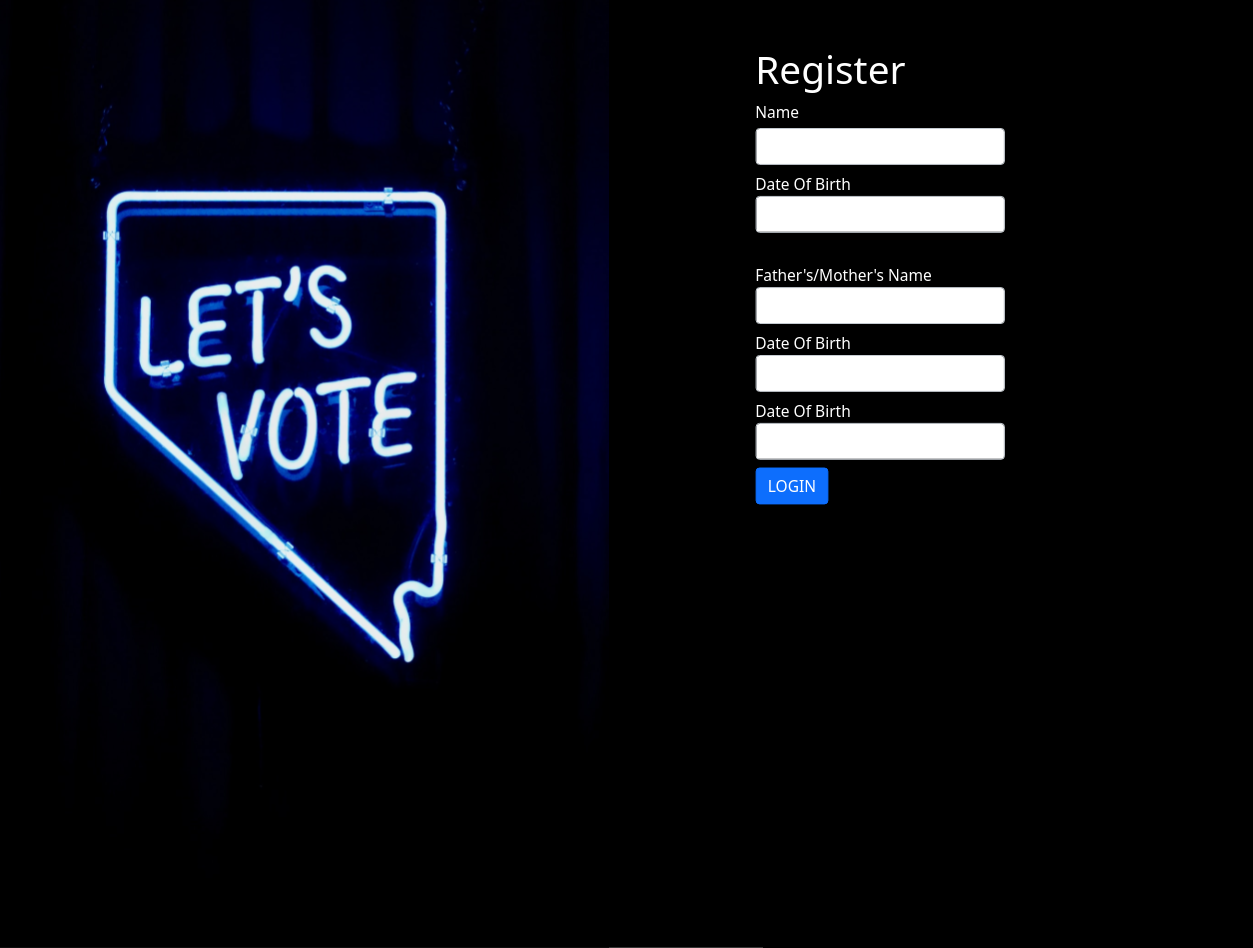
Repository: DavidManiIbrahim/Voting-app
Page: Register.html
The author's editor kept a copy of each file at every save. The page is drawn from the files as they stood at one save, then again after a run of saves.
The browser window is 1280 px wide. The page is 1292 px wide, so the pictures cover 1292 px, including what lies to the right of the window. The pictures show the whole page, at 97% of full size.

Above is the page before, as saved 2025-01-18 07:51:25.

After the next 2 saves:
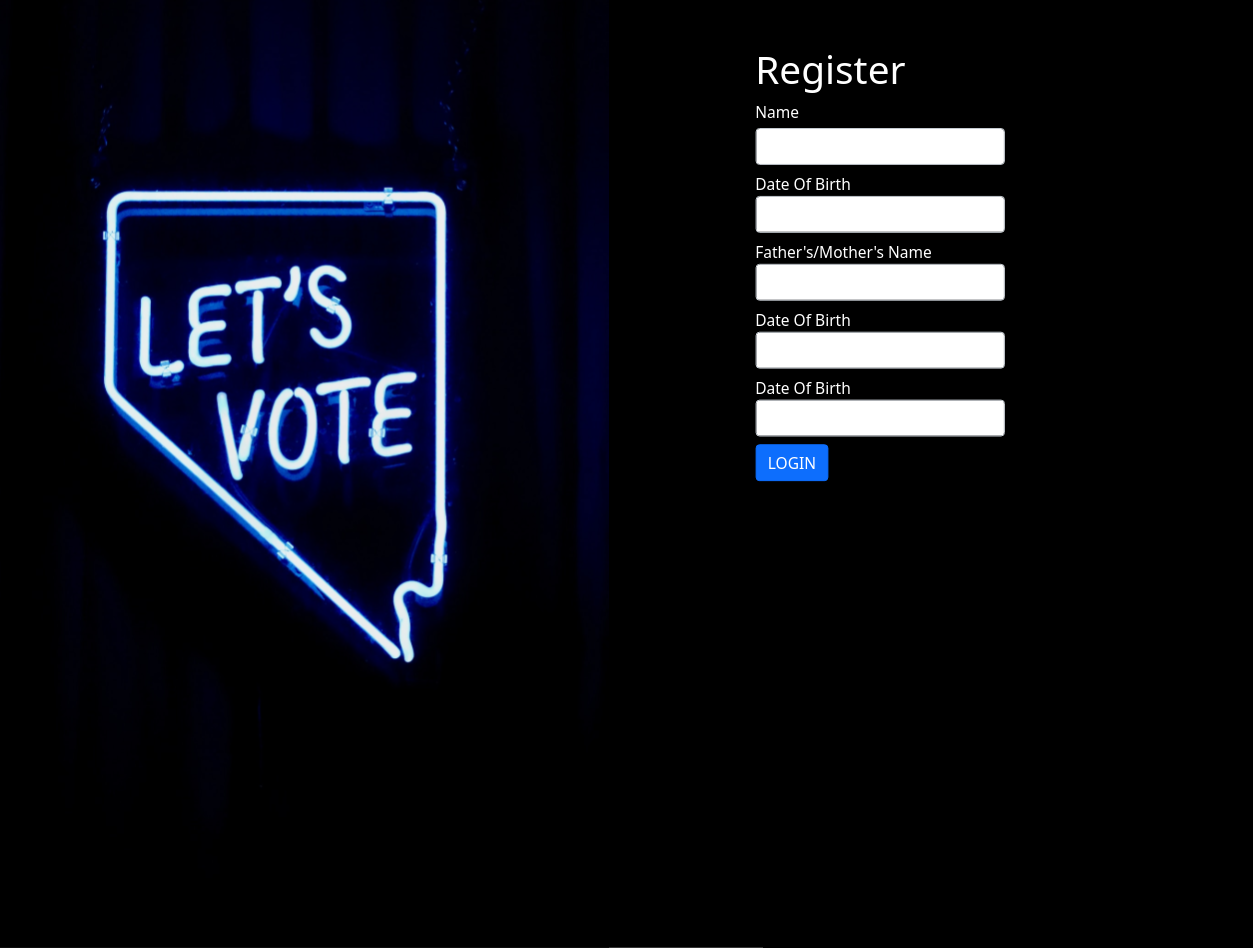
The 2 saves are shown as one change because they came seconds apart.
The last was saved 16 s later.
--- a/Register.html
+++ b/Register.html
@@ -32,7 +32,7 @@
             </label>
             <label class="form-label"" for="dob">Date Of Birth  <br>
                 <input class="form-control w-100" type="text" class="form-text">
-            </label> <br>
+            </label>
              <br>
              <label class="form-label"" for="parents-name">Father's/Mother's Name  <br>
                 <input class="form-control w-100" type="text" class="form-text">
